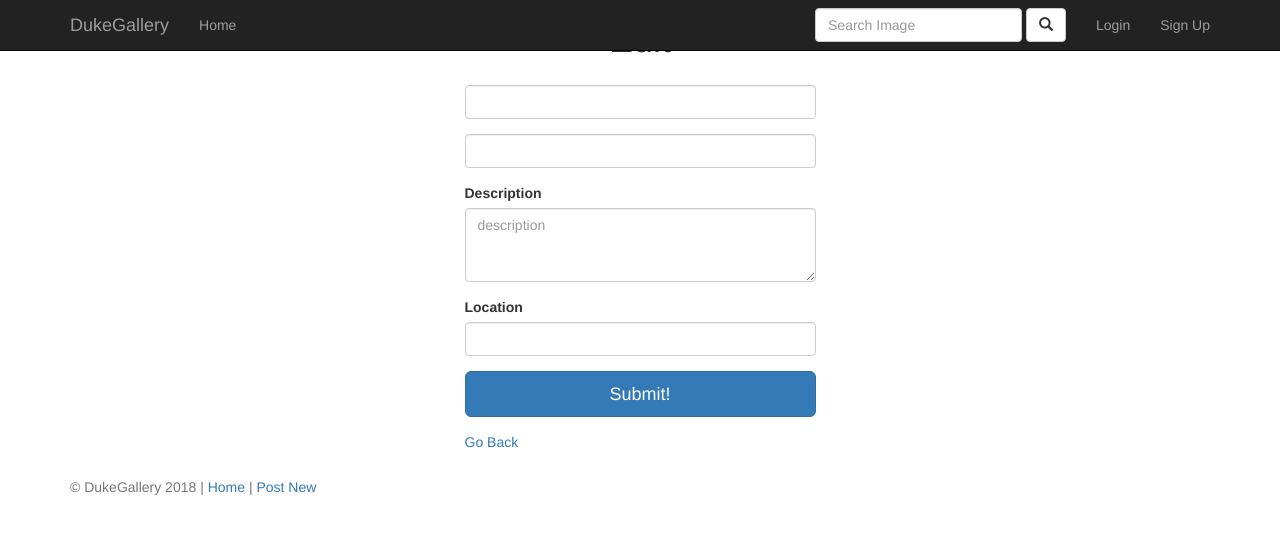
Repository: zhangsi929/Duke_gallery
Page: views/images/edit.ejs
The author's editor kept a record of every edit. The page is drawn from the files as they stood at one moment, then again after the next edit.
The browser window is 1280 px wide. The pictures show the whole page.
Some web libraries are served in a nearby version. The page is served by the project's Node server (app.js). Other server files are loaded and not shown. The template is opened directly, without the code that normally fills it, so the values that code supplies are empty.

Above is the page before.

### views/images/edit.ejs
<% include ../partials/header %>

    <div class="row">
        <h1 style="text-align: center">Edit <%= gallery.name %></h1>
        <div style="width: 30%; margin: 25px auto;">
            <form action="/gallery/<%= gallery._id %>?_method=PUT" method="POST">
                <div class="form-group">
                    <input class="form-control" type="text" name="gallery[name]" value="<%= gallery.name %>">
                </div>
                <div class="form-group">
                    <input class="form-control" type="text" name="gallery[image]" value="<%= gallery.image %>">
                </div>
                <div class="form-group">
                    <!--<input class="form-control" type="text" name="gallery[description]" value="<%= gallery.description %>">-->
                    <label for="location">Description</label>
                    <textarea class="form-control" type="text" name="gallery[description]" placeholder="description" rows="3" required></textarea>
                </div>
                <div class="form-group">
                    <label for="location">Location</label>
                    <input class="form-control" type="text" name="location" id="location" value="<%= gallery.location %>">
                </div>
                <div class="form-group">
                    <button class="btn btn-lg btn-primary btn-block">Submit!</button>
                </div>
            </form>
            <a href="/gallery">Go Back</a>
        </div>
    </div>

<% include ../partials/footer %>

### views/partials/header.ejs
<!DOCTYPE html>
<html>
    <head>
        <!-- Make site responsive on mobile/tablet -->
        <meta name="viewport" content="width=device-width, initial-scale=1">
        <title>Duke Gallery</title>
        <link rel="stylesheet" href="https://maxcdn.bootstrapcdn.com/bootstrap/3.3.7/css/bootstrap.min.css">
        <link rel="stylesheet" href="/stylesheets/main.css">
    </head>
    <body>
        <nav class="navbar navbar-inverse navbar-fixed-top">
        <!--<nav class="navbar navbar-default">-->
            <div class="container">
                <div class="navbar-header">
                    <button type="button" class="navbar-toggle collapsed" data-toggle="collapse" data-target="#navbar" aria-expanded="false" aria-controls="navbar">
                      <span class="sr-only">Toggle navigation</span>
                      <span class="icon-bar"></span>
                      <span class="icon-bar"></span>
                      <span class="icon-bar"></span>
                    </button>

                    <a class="navbar-brand" href="/">DukeGallery</a>
                </div>
                <div id="navbar" class="collapse navbar-collapse">
                  <ul class="nav navbar-nav">
                    <li class="<%= typeof page !== 'undefined' && page === 'gallery' ? 'active' : '' %>"><a href="/gallery">Home</a></li>
                  </ul>
                  <ul class="nav navbar-nav navbar-right">
                          <li>
                            <form class="navbar-form" action = "/gallery" method="GET" >
                            <input type="text" name = "search" class="form-control" placeholder="Search Image">
                            <button type="submit" value = "Search" class="btn btn-default"><i class="glyphicon glyphicon-search"></i></button>
                            </form>
                          </li>
                      <% if(!currentUser){ %>
                          <li class="<%= typeof page !== 'undefined' && page === 'login' ? 'active' : '' %>"><a href="/login">Login</a></li>
                          <li class="<%= typeof page !== 'undefined' && page === 'register' ? 'active' : '' %>"><a href="/register">Sign Up</a></li>
                      <% } else { %>
                          <li><a href="#">Signed In As <%= currentUser.username %></a></li>
                          <li><a href="/logout">Logout</a></li>
                      <% } %>
                  </ul>
                </div>
            </div>
        </nav>

        <div class="container">
            <% if(error && error.length > 0){ %>
                <div class="alert alert-danger" role="alert">
                    <%= error %>
                </div>
            <% } %>
            <% if(success && success.length > 0){ %>
                <div class="alert alert-success" role="alert">
                    <%= success %>
                </div>
            <% } %>
        </div>
        <!--, style="margin: 100px auto;"-->
        <div class="container">

### views/partials/footer.ejs
    </div><!-- /.container -->
    <footer class="footer">
          <div class="container">
            <p class="text-muted">&copy; DukeGallery 2018 | <a href="/gallery">Home</a> | <a href="/gallery/new">Post New</a></p>
          </div>
    </footer>
    <!-- jQuery CDN -->
<script
  src="https://code.jquery.com/jquery-3.1.1.min.js"
  integrity="sha256-hVVnYaiADRTO2PzUGmuLJr8BLUSjGIZsDYGmIJLv2b8="
  crossorigin="anonymous"></script>

<!-- Bootstrap JS CDN -->
<script src="https://maxcdn.bootstrapcdn.com/bootstrap/3.3.7/js/bootstrap.min.js" integrity="sha384-Tc5IQib027qvyjSMfHjOMaLkfuWVxZxUPnCJA7l2mCWNIpG9mGCD8wGNIcPD7Txa" crossorigin="anonymous"></script>
    </body>
</html>

### app.js
//=====main======
var express = require("express");
var app = express();
var bodyParser = require("body-parser");
var mongoose = require("mongoose");
//model import
var Image  = require("./models/image");
var Comment = require("./models/comment");
var passport    = require("passport");
var LocalStrategy = require("passport-local");
var methodOverride = require("method-override");
var User        = require("./models/user");
var seedDB = require("./seeds");
var flash       = require("connect-flash");
//requring routes
var commentRoutes    = require("./routes/comments"),
    galleryRoutes = require("./routes/gallery"),
    indexRoutes      = require("./routes/index")

//mongoose.connect("mongodb://localhost/dukegallery");
mongoose.connect("mongodb://Si:zhangsi110@ds257627.mlab.com:57627/dukegallery");
app.use(bodyParser.urlencoded({extended: true}));
app.set("view engine", "ejs");
app.use(express.static(__dirname + "/public"));
app.use(methodOverride("_method"));
app.use(flash());
//seedDB();
app.locals.moment = require('moment');

// PASSPORT CONFIGURATION
app.use(require("express-session")({
    secret: "Once again Rusty wins cutest dog!",
    resave: false,
    saveUninitialized: false
}));
app.use(passport.initialize());
app.use(passport.session());
passport.use(new LocalStrategy(User.authenticate()));
passport.serializeUser(User.serializeUser());
passport.deserializeUser(User.deserializeUser());

app.use(function(req, res, next){
   res.locals.currentUser = req.user;
   res.locals.error = req.flash("error");
   res.locals.success = req.flash("success");
   next();
});

// ROUTES
app.use("/", indexRoutes);
app.use("/gallery", galleryRoutes);
app.use("/gallery/:id/comments", commentRoutes);

app.listen(process.env.PORT, process.env.IP, function(){
   console.log("The DukeGallery Server Has Started!");
});

### public/stylesheets/main.css
.thumbnail img {
    width: 100%;
}


.thumbnail {
    padding: 0;
}

.thumbnail .caption-full {
    padding: 9px;
}
.body {
    padding-top: 65px;
}
#delete-form {
    display: inline;
}
/* Google Maps */
#map {
    height: 400px;
    width: 100%;
}
.jumbotron{
  position: relative;
    overflow: hidden;
    /*height: 200px;*/
 /*background-image: url("http://nasher.duke.edu/wp-content/themes/nasher/images/background.jpg");*/
 background-image: url("/image/haha.jpg");
 background-size: cover;
 color: #000000;
  /* Tried setting the height. Didnt work either */
  /* height: 200px; */
}
.jumbotron1{
  position: relative;
    overflow: hidden;
    height: 300px;

  /* Tried setting the height. Didnt work either */
  /* height: 200px; */
}
.container1 {
  position: relative;
  color: #000000;
  z-index: 2;
}
#video-background{
  position: absolute;
  height: auto;
  width: auto;
  min-height: 100%;
  min-width: 100%;
  left: 50%;
  top: 50%;
  -webkit-transform: translate3d(-50%, -50%, 0);
  transform: translate3d(-50%, -50%, 0);
  z-index: 1;
}


#footer{
    display: table;
    text-align: center;
    margin-left: auto;
    margin-right: auto;
}

After the next edit:
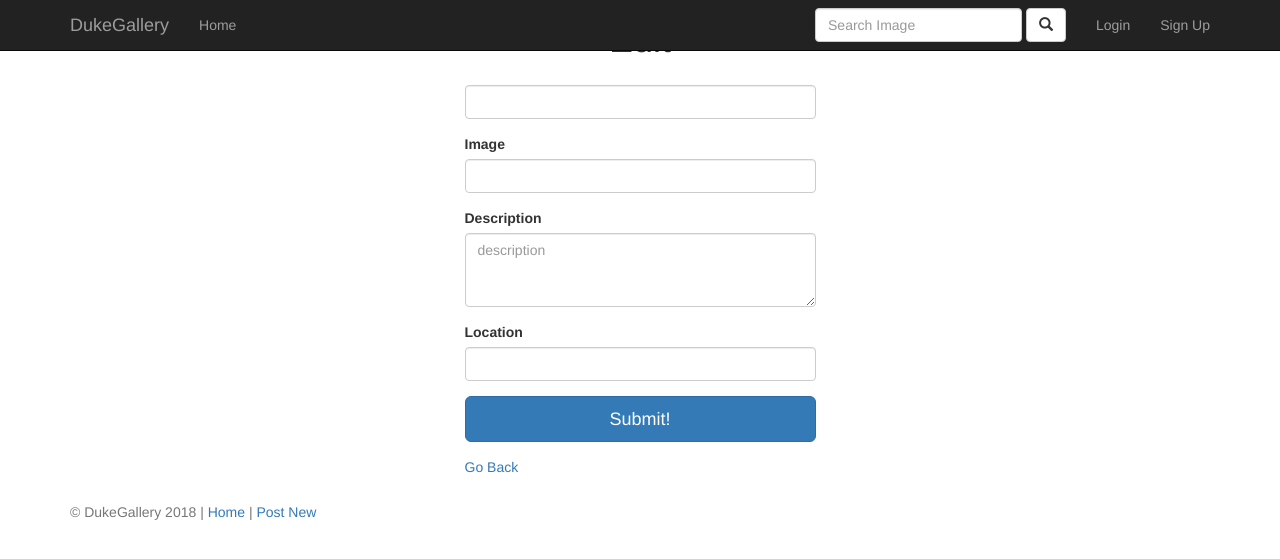
The edit:
--- a/views/images/edit.ejs
+++ b/views/images/edit.ejs
@@ -8,6 +8,7 @@
                     <input class="form-control" type="text" name="gallery[name]" value="<%= gallery.name %>">
                 </div>
                 <div class="form-group">
+                    <label for="location">Image</label>
                     <input class="form-control" type="text" name="gallery[image]" value="<%= gallery.image %>">
                 </div>
                 <div class="form-group">
